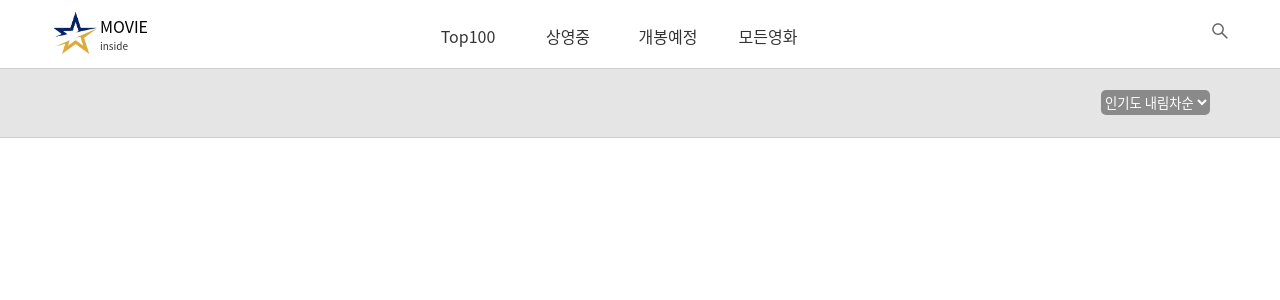
Repository: yangddoddi/Movie-Inside
Page: /list
An editor plug-in stored every save of this project. The page is shown before and after the next save, followed by the edit.
The browser window is 1280 px wide. The pictures show the whole page.
The page's requests for data from a server got no answer. The project was rebuilt for these pictures with package versions that can differ from the ones it lists, and the page was loaded fresh each time. No one was signed in, and anything a server would have sent is missing. Also part of the build but not shown: src/App.css, src/components/Main/Jumbotron.module.scss, src/components/Main/Jumbotron.js, src/routes/Main.js, src/routes/Detail.js, src/components/List/ListItem.js.

Above is the page before, as saved 2022-05-06 16:24:33.

### public/index.html
<!DOCTYPE html>
<html lang="en">

<head>
  <meta charset="utf-8" />
  <link rel="icon" href="./image/logo.png" />
  <meta name="viewport" content="width=device-width, initial-scale=1" />
  <meta name="theme-color" content="#000000" />
  <meta name="description" content="Web site created using create-react-app" />
  <link rel="apple-touch-icon" href="%PUBLIC_URL%/logo192.png" />
  <!--
      manifest.json provides metadata used when your web app is installed on a
      user's mobile device or desktop. See https://developers.google.com/web/fundamentals/web-app-manifest/
    -->
  <link rel="manifest" href="%PUBLIC_URL%/manifest.json" />
  <!--
      Notice the use of %PUBLIC_URL% in the tags above.
      It will be replaced with the URL of the `public` folder during the build.
      Only files inside the `public` folder can be referenced from the HTML.

      Unlike "/favicon.ico" or "favicon.ico", "%PUBLIC_URL%/favicon.ico" will
      work correctly both with client-side routing and a non-root public URL.
      Learn how to configure a non-root public URL by running `npm run build`.
    -->
  <title>Movie Inside</title>
</head>

<body>
  <noscript>You need to enable JavaScript to run this app.</noscript>
  <div id="root"></div>
  <!--
      This HTML file is a template.
      If you open it directly in the browser, you will see an empty page.

      You can add webfonts, meta tags, or analytics to this file.
      The build step will place the bundled scripts into the <body> tag.

      To begin the development, run `npm start` or `yarn start`.
      To create a production bundle, use `npm run build` or `yarn build`.
    -->
</body>

</html>

### src/App.js
import "./App.css";
import { RouteJS } from "./components/Routes";
import "./scss/main.scss";
import { Nav } from "./components/Nav";

function App() {
  return (
    <>
      <Nav />
      <RouteJS />
    </>
  );
}

export default App;

### src/components/Routes.js
import { Route, BrowserRouter, Routes } from "react-router-dom";
import { Main } from "../routes/Main";
import { Detail } from "../routes/Detail";
import { List } from "../routes/List";

export const RouteJS = () => {
  return (
    <Routes>
      <Route path="/" element={<Main />} />
      <Route path="/detail" element={<Detail />} />
      <Route path="/list" element={<List />} />
    </Routes>
  );
};

### src/scss/main.scss
@font-face {
    font-family: 'Noto Sans CJK KR';
    font-style: normal;
    font-weight: light;
    src: url('../fontStyle/NotoSansKR-Light.otf') format('otf');
}

@font-face {
    font-family: 'Noto Sans CJK KR';
    font-style: normal;
    font-weight: normal;
    src: url('../fontStyle/NotoSansKR-Regular.otf') format('otf');
}

@font-face {
    font-family: 'Noto Sans CJK KR';
    font-style: normal;
    font-weight: semi-bold;
    src: url('../fontStyle/NotoSansKR-Medium.otf') format('otf');
}
@font-face {
    font-family: 'Noto Sans CJK KR';
    font-style: normal;
    font-weight: bold;
    src: url('../fontStyle/NotoSansKR-Bold.otf') format('otf');
}

* {
    box-sizing: border-box;
    font-family: 'Noto Sans CJK KR';
    margin: 0px;
    -webkit-font-smoothing: antialiased;
    // -ms-overflow-style: none; /* IE and Edge */
    // scrollbar-width: none; /* Firefox */


 &::-webkit-scrollbar {
    width: 8px;
    height: 8px;
}
 &::-webkit-scrollbar-thumb {
     background-color: rgba(0,0,0,0.2);
     border-radius: 15px;
 }
}

body {
    height: 100%;
}

html {
    height: 100%;
}

### src/components/Nav.js
import React from "react";
import logo from "../image/logo.png";
import styles from "./Nav.module.scss";
import { AiOutlineSearch } from "react-icons/ai";

export const Nav = () => {
  return (
    <nav className={styles.nav}>
      <div className={styles.navContainer}>
        <div className={styles.leftContainer}>
          <img className={styles.logo} src={logo}></img>
          <div className={styles.logoContainer}>
            <span>MOVIE</span>
            <span>inside</span>
          </div>
        </div>
        <ul className={styles.navItems}>
          <li className={styles.navItem}>Top100</li>
          <li className={styles.navItem}>상영중</li>
          <li className={styles.navItem}>개봉예정</li>
          <li className={styles.navItem}>모든영화</li>
        </ul>
        <form className={styles.navForm}>
          <input type={"text"} id="searchInput" />
          <label htmlFor="searchInput">
            <AiOutlineSearch className={styles.searchIcon} />
          </label>
        </form>
      </div>
    </nav>
  );
};

### src/routes/List.js
import React, { useEffect, useState } from "react";
import { ListHeader } from "../components/List/ListHeader";
import { ListItems } from "../components/List/ListItems";
import { ListItem } from "../components/List/ListItem";
import axios from "axios";
// import { uuid } from "uuid";

export const List = () => {
  const API_KEY = "c8bbbc721826450428abb9e5d4319003";
  const [movieData, setMovieData] = useState([]);
  const [page, setPage] = useState(1);

  const getData = async () => {
    if (!page) {
      return;
    }
    const data = await axios.get(
      `https://api.themoviedb.org/3/movie/now_playing?api_key=${API_KEY}&language=kr-ko&page=${page}&region=kr`
    );
    const movies = data.data.results;
    setMovieData([...movieData, ...movies]);
  };

  useEffect(() => {
    getData();
  }, [page]);

  return (
    <>
      <ListHeader />
      <ListItems>
        {movieData
          ? movieData.map((movie) => (
              <ListItem
                key={movie.id}
                title={movie.title}
                release={movie.release_date}
                poster={movie.poster_path}
              />
            ))
          : null}
      </ListItems>
    </>
  );
};

### src/components/Nav.module.scss


.nav {
    background-color: rgba(255,255,255,1);
    width: 100%;
    height: 8%;
    padding: 10px 50px 10px 50px;
    display: flex;
    justify-content: center;
}

.navContainer {
    display: flex;
    align-items: center;
    justify-content: space-between;
    width: 100%;
    max-width: 1200px;
}

.logo {
    width: 50px;
}

.logoContainer {
    display: flex;
    flex-direction: column;
    justify-content: flex-end;
    user-select: none;

    span:nth-child(2) {
        font-size: 10px;
        color:rgba(0,0,0,0.8);
    }
}

.leftContainer {
    display: flex;
    align-items: center;
}

.navItems {
    display: flex;
    list-style: none;
    color: rgba(0,0,0,0.8);
    font-size: 16px;
    margin: 0px;
}


.navItem {
    margin: 0px 20px 0px 20px;
    cursor: pointer;
    width: 60px;
    height: 20px;
    text-align: center;

    &:hover {
        border: 1px solid rgba(0,0,0,0.5);
        border-radius: 5%;
        transform: scale(1.1);
        transition: 300ms ease-in transform;
    }
}

.navForm {
        position:relative;
        display: flex;
        align-items: center;

    input {
        margin-left: 30px;
        border-radius: 5%;
        height: 25px;
        border: none;
        color: rgba(0,0,0,0.8);
        background-color: transparent;
    }

    input:focus {
        outline: none;
        border-bottom: rgba(122,122,122,1) solid 1px;
    }

    label {
        position: absolute;
        right: 0px;
        height: 25px;
        border-left: none;
    }

    svg {
        font-size: 20px;
        color: rgba(0,0,0,0.6);
    }
}

### src/components/List/ListHeader.js
import React from "react";
import styles from "./ListHeader.module.scss";

export const ListHeader = ({ listName }) => {
  return (
    <header className={styles.listHeader}>
      <div className={styles.container}>
        <h1> {listName} </h1>
        <select>
          <option>인기도 내림차순</option>
          <option>인기도 오름차순</option>
          <option>개봉일 내림차순</option>
          <option>개봉일 오름차순</option>
        </select>
      </div>
    </header>
  );
};

### src/components/List/ListItems.js
import React from "react";
import styles from "./ListItems.module.scss";

export const ListItems = (props) => {
  return (
    <div className={styles.List}>
      <div className={styles.ListContainer}>{props.children}</div>
    </div>
  );
};

### src/components/List/ListHeader.module.scss

.listHeader {
    display: flex;
    border-top: 1px solid rgba(0,0,0,0.1);
    border-bottom: 1px solid rgba(0,0,0,0.1);
    height: 70px;
    background-color: rgba(0,0,0,0.1);
    justify-content: center;
    align-items: center;
}

.container {
    width: 100%;
    max-width: 1200px;
    display: flex;
    justify-content: space-between;
    align-items: center;

    padding: 30px;

    h1 {
        font-weight: bold;
    }

    select {
        height: 25px;
        color: rgba(255,255,255,1);
        border-radius: 5px;
        border: none;
        background-color: rgba(0,0,0,0.4);

    }
}

### src/components/List/ListItems.module.scss


.List {
    width: 100%;
    height: auto;
    display: flex;
    justify-content: center;

}

.ListContainer {
    max-width: 1200px;
    width: 1200px;
    display: flex;
    flex-wrap: wrap;
    justify-content: center;
}

.card {
    width: 200px;
    height: 370px;
    margin: 20px;
    background-color: rgba(255,255,255,0.5);

    img {
        width: 100%;
        height: 300px;
    }

}

Loaded but not shown: src/index.js (common file); src/index.css (common file); src/reportWebVitals.js (common file)

After the next save:
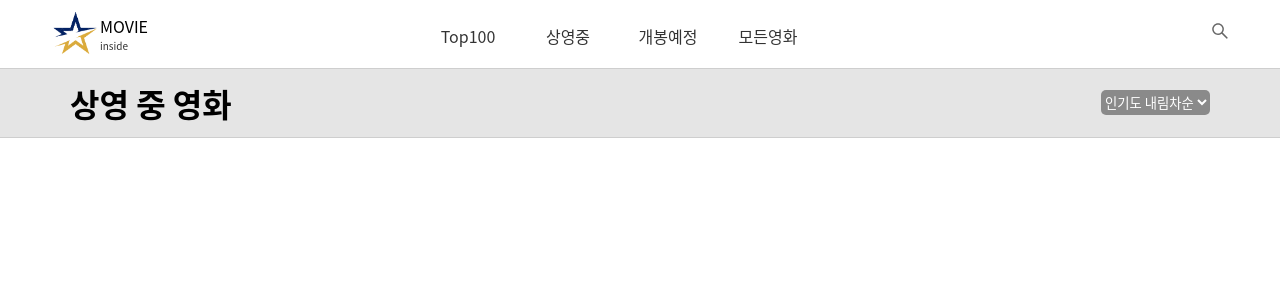
Saved 2 s later.
--- a/src/routes/List.js
+++ b/src/routes/List.js
@@ -27,7 +27,7 @@ export const List = () => {
 
   return (
     <>
-      <ListHeader />
+      <ListHeader listName={"상영 중 영화"} />
       <ListItems>
         {movieData
           ? movieData.map((movie) => (
